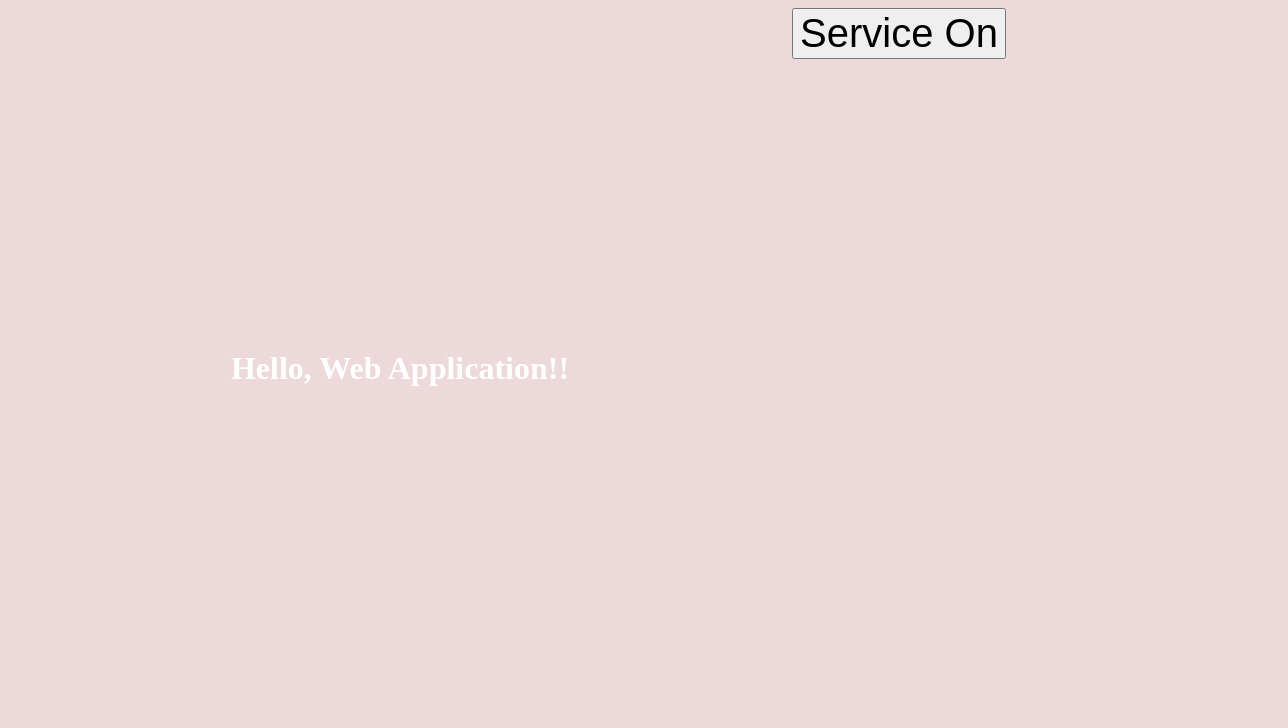
Repository: meanz1/SE_SleepWithMe
Page: SmartTVWorkspace/testapp/index.html
An editor plug-in stored every save of this project. The page is shown before and after the next save, followed by the edit.
The browser window is 1280 px wide. The page is 1288 px wide, so the pictures cover 1288 px, including what lies to the right of the window. The pictures show the whole page.

Above is the page before, as saved 2021-11-06 23:14:40.
Console error: ReferenceError: WebOSServiceBridge is not defined

### SmartTVWorkspace/testapp/index.html
<!--
Copyright (c) 2020 LG Electronics Inc.

SPDX-License-Identifier: Apache-2.0
-->

<!DOCTYPE html>
<html>
<head>
<title>Example Web App</title>
<style type="text/css">
    body {
        width: 100%;
        height: 100%;
        background-color:#edd8da;
    }
    div {
        position:absolute;
        height:100%;
        width:100%;
        display: table;
    }
    h1 {
        display: table-cell;
        vertical-align: middle;
        text-align:center;
        color:#FFFFFF;
    }
    #on {
    font-size: 40px;
    }
</style>
<script type="text/javascript">
    var bridge = new WebOSServiceBridge();

    function serviceOn() {
        console.log("call my service");
        const url = 'luna://com.testapp.app.testsrv/serviceOn';
        const params = {};
        bridge.onservicecallback = (msg) => {
            console.log(msg);
            let res = JSON.parse(msg);
            document.getElementById("txt_msg").innerHTML = res.Response;
        };

        bridge.call(url, JSON.stringify(params));
    }
</script>
</head>
<body>
    <div>
        <h1 id="txt_msg">Hello, Web Application!!</h1>
        <button id="on" onclick="serviceOn()">Service On</button>
    </div>
</body>
</html>

After the next save:
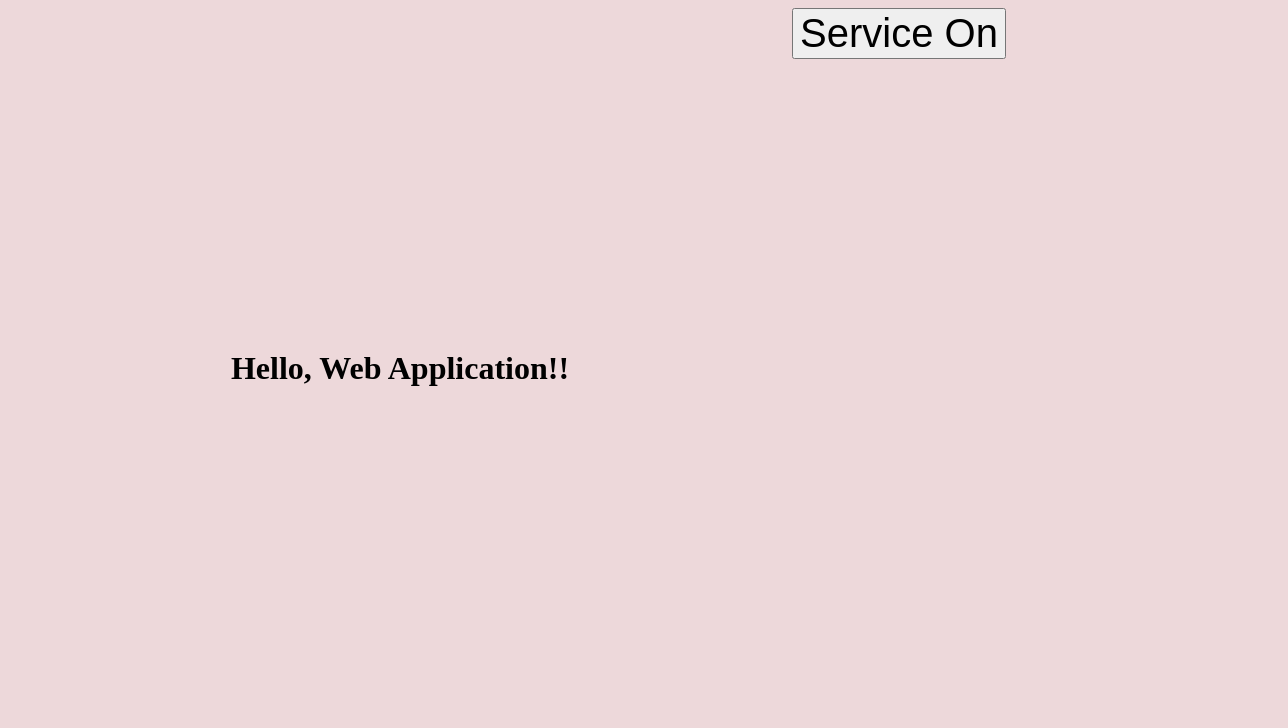
Saved 23 min 12 s later.
--- a/SmartTVWorkspace/testapp/index.html
+++ b/SmartTVWorkspace/testapp/index.html
@@ -24,7 +24,7 @@ SPDX-License-Identifier: Apache-2.0
         display: table-cell;
         vertical-align: middle;
         text-align:center;
-        color:#FFFFFF;
+        color:#000000;
     }
     #on {
     font-size: 40px;
